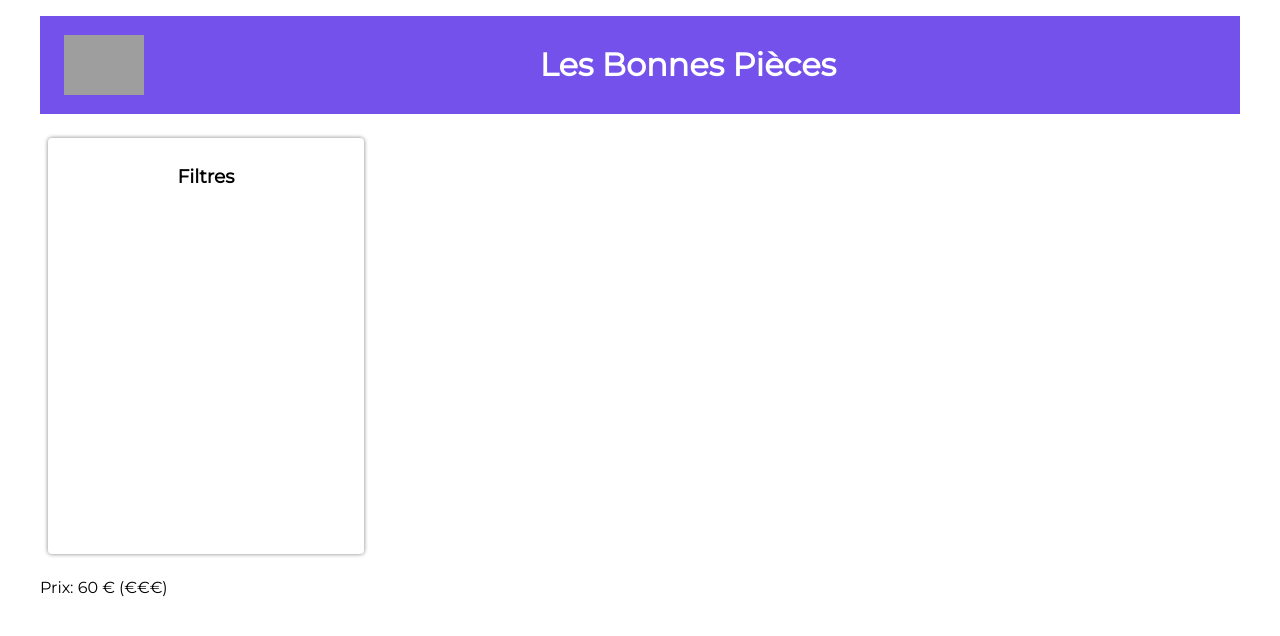
Repository: khadyba/Javascrip
Page: 7697016-Front-End.1/index.html
The author's editor kept a copy of each file at every save. The page is drawn from the files as they stood at one save, then again after a run of saves.
The browser window is 1280 px wide. The pictures show the whole page.
Pictures or frames that could not be fetched are drawn as grey boxes.

Above is the page before, as saved 2024-09-17 17:54:55.
Console error: ReferenceError: innerText is not defined

### 7697016-Front-End.1/styles.css
@import url('https://fonts.googleapis.com/css2?family=Montserrat&display=swap');

body {
	max-width: 1200px;
	margin: auto;
	padding: 16px;
	font-family: 'Montserrat', sans-serif;
}

header {
	display: flex;
	flex-direction: row;
	align-items: center;
	margin-bottom: 16px;
	padding: 8px;
	background-color: #7451eb;
	text-align: center;
	color: white;
}
header img {
	height: 60px;
	margin-left: 1rem;
}
header h1 {
	flex-grow: 1;
}

main {
	display: flex;
	flex-direction: row;
}

.filtres {
	border-radius: 4px;
	box-shadow: 0px 0px 4px gray;
	margin: 8px;
	padding: 8px;
	min-width: 300px;
	min-height: 400px;
}
.filtres h3 {
	text-align: center;
}

.fiches {
	flex: 1;
	margin: 8px;
}
.fiches img {
	max-width: 200px;
}
.fiches p {
	margin-top: 4px;
	margin-bottom: 4px;
}

### 7697016-Front-End.1/pieces.js
// Récupération des pièces depuis le fichier JSON
const reponse = await fetch("pieces-autos.json");
const pieces = await reponse.json();

const article = pieces[0];

const imageElement = document.createElement("img");
imageElement.src = article.image;

const nomElement = document.createElement("h2");
nomElement.innerText = article.nom;

const prixElement = document.createElement("p");
prixElement.innerText = `Prix: ${article.prix} € (${article.prix < 35 ? "€" : "€€€"})`;

document.body.appendChild(prixElement);

const categorieElement = document.createElement("p");
categorieElement.innerText = article.categorie ?? "(aucune catégorie)";

const descriptionElement = document.createElement("p");
descriptionElement.innerText = article.decription ?? "(Pas de description pour le moment.)";

const disponibleElement = document.createElement("p")
disponibleElement = innerText = `disponiblité ${article.disponiblité}  (${article.disponiblité === true})`




const sectionFiches = document.querySelector(".fiches");
sectionFiches.appendChild(imageElement);
sectionFiches.appendChild(nomElement);
sectionFiches.appendChild(prixElement);
sectionFiches.appendChild(categorieElement);

### 7697016-Front-End.1/pieces-autos.json
[
    {
        "id": 1,
        "nom": "Ampoule LED",
        "prix": 60,
        "categorie": "Optiques",
        "image": "images/ampoule-led.png",
        "descriptions": "Distance d’éclairage : 100 mètres !",
        "disponiblité" : true

    },
    {
        "id": 2,
        "nom": "Plaquettes de frein (x4)",
        "prix": 40,
        "categorie": "Freinage",
        "descriptions": "Une qualité de freinage optimale, par tous les temps.",
        "disponiblité" : true


    },
    {
        "id": 3,
        "nom": "Ampoule boîte à gants",
        "prix": 5.49,
        "categorie": "Optiques",
        "descriptions": "Pour y voir clair dans l’habitacle.",
        "disponiblité" : false


    },
    {
        "id": 4,
        "nom": "Liquide de frein",
        "prix": 9.60,
        "categorie": "Freinage",
        "disponiblité" : true


    },
    {
        "id": 5,
        "nom": "Balai d'essuie-glace",
        "prix": 29.10,
        "descriptions": "Performances d’essuyage au top ! Longueur : 550 mm.",
        "disponiblité" : true


    }
]

Loaded but not shown: 7697016-Front-End.1/index.html (common file)

After the next 4 saves:
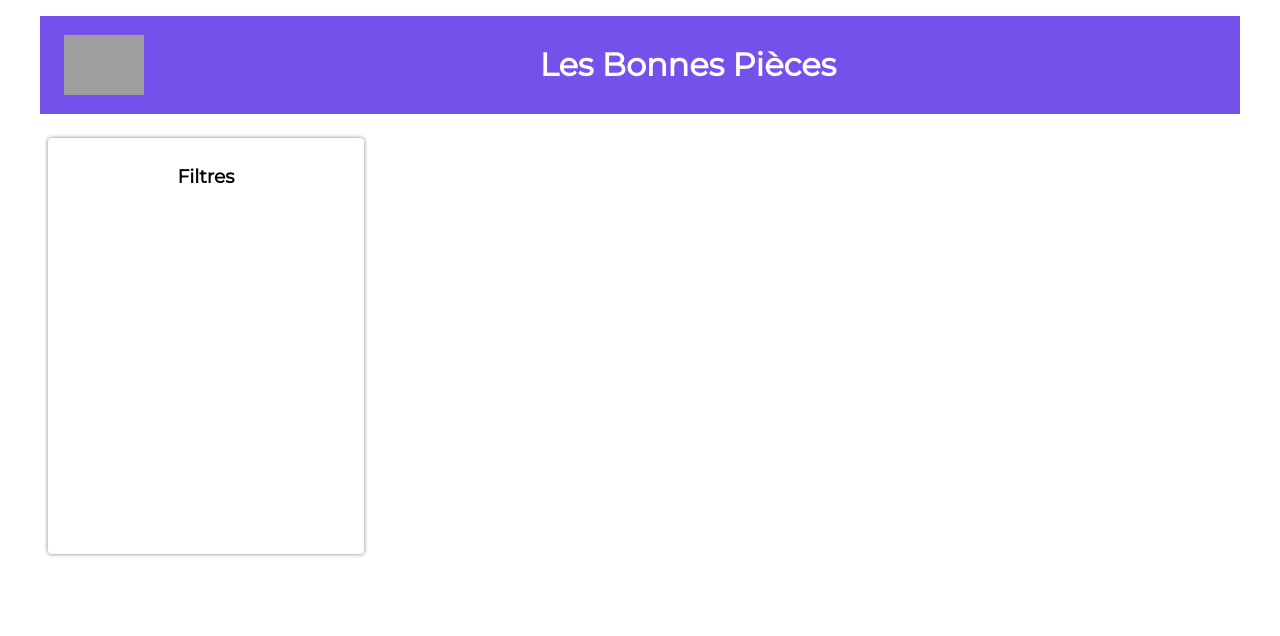
Console error: SyntaxError: Unexpected token '}'
The 4 saves are shown as one change because they came seconds apart.
The last was saved 11 s later.
--- a/7697016-Front-End.1/pieces.js
+++ b/7697016-Front-End.1/pieces.js
@@ -22,7 +22,7 @@
 descriptionElement.innerText = article.decription ?? "(Pas de description pour le moment.)";
 
 const disponibleElement = document.createElement("p")
-disponibleElement = innerText = `disponiblité ${article.disponiblité}  (${article.disponiblité === true})`
+disponibleElement = innerText = `disponiblité ${article.disponiblité}  (${article.disponiblité === true ? ""})`
 
 
 

After the 2 saves that followed:
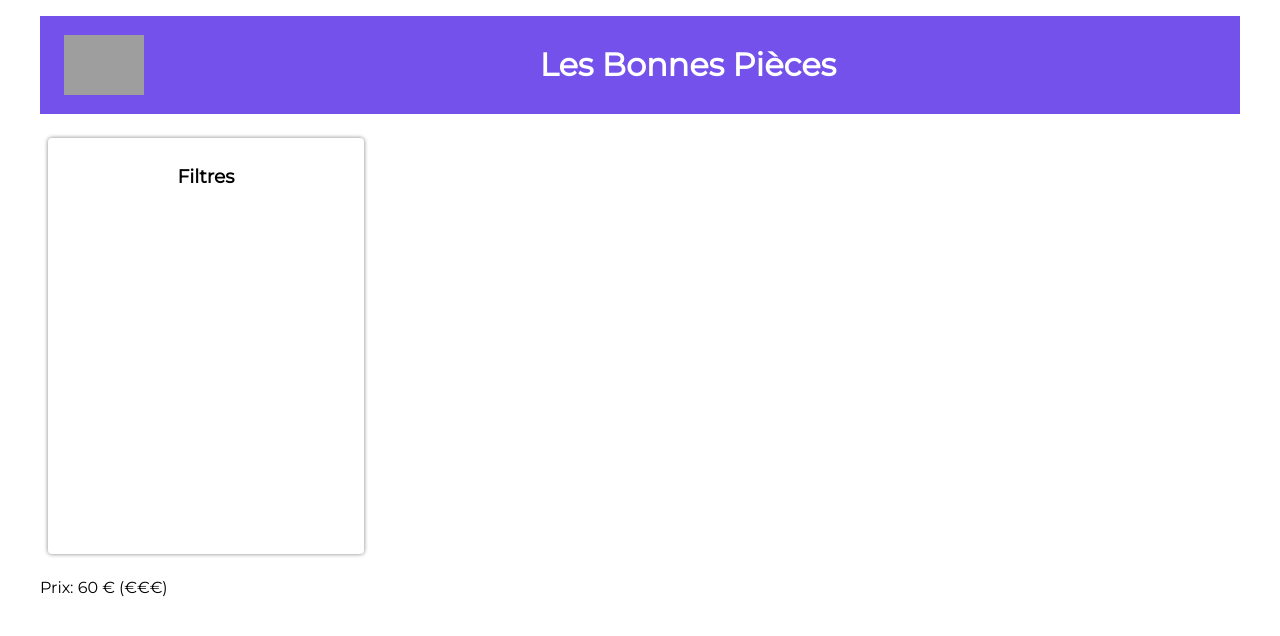
Console error: ReferenceError: innerText is not defined
The 2 saves are shown as one change because 1 left the picture as it was.
The last was saved 21 s later.
--- a/7697016-Front-End.1/pieces.js
+++ b/7697016-Front-End.1/pieces.js
@@ -22,7 +22,7 @@
 descriptionElement.innerText = article.decription ?? "(Pas de description pour le moment.)";
 
 const disponibleElement = document.createElement("p")
-disponibleElement = innerText = `disponiblité ${article.disponiblité}  (${article.disponiblité === true ? ""})`
+disponibleElement = innerText = `disponiblité ${article.disponiblité}  (${article.disponiblité === true ? "En stock" : ""})`
 
 
 
